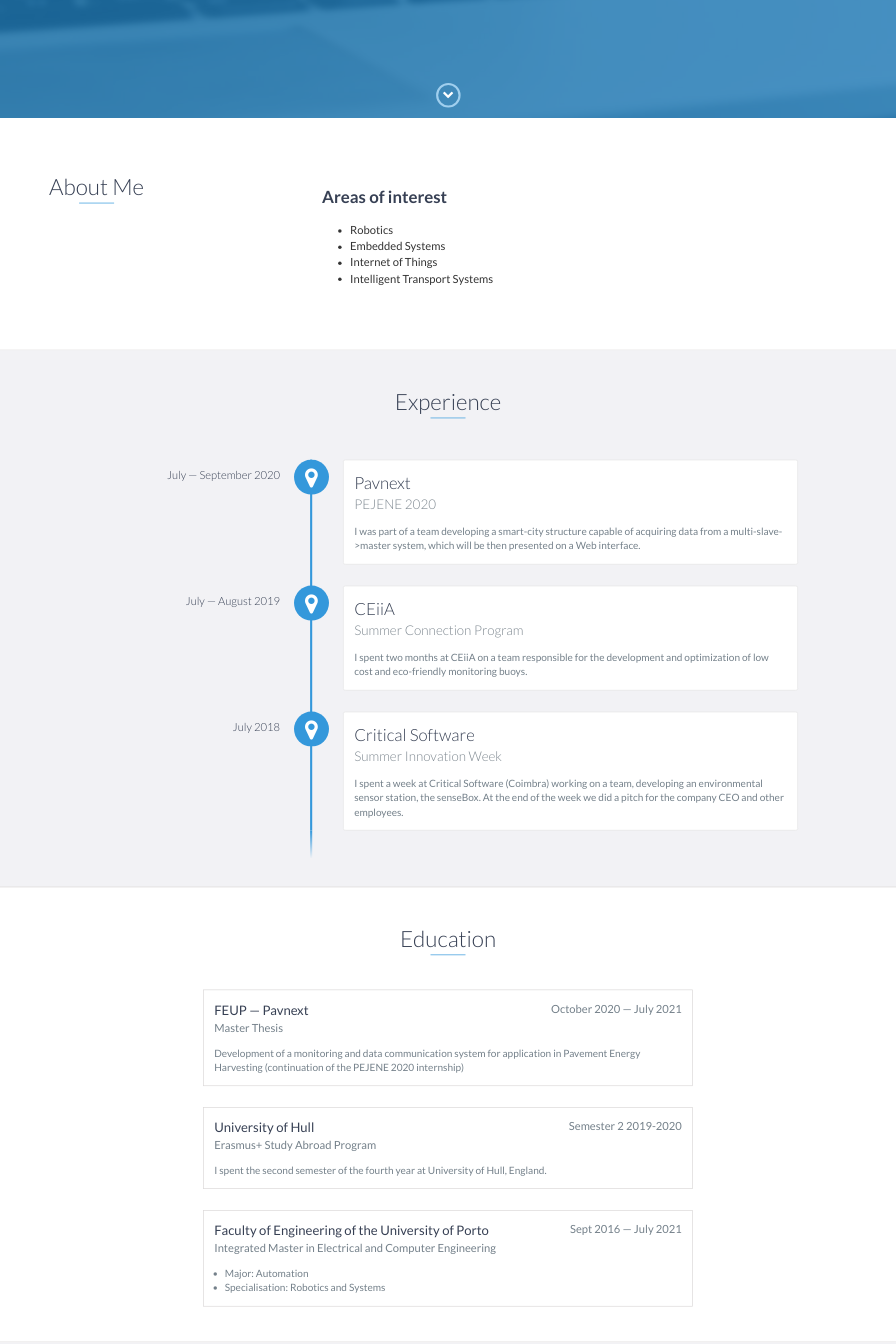
Repository: josegneto/josegneto.github.io
Page: index.html
These files come from the project's save history. The page is drawn as it stood at one moment and after the next save; the edit follows.
The browser window is 1280 px wide. The pictures show the part of the page from y = 551 to 2471 px (the page is 4224 px tall before and 4247 px after), at 70% of full size.

Above is the page before, as saved 2021-11-30 11:32:46.

After the next save:
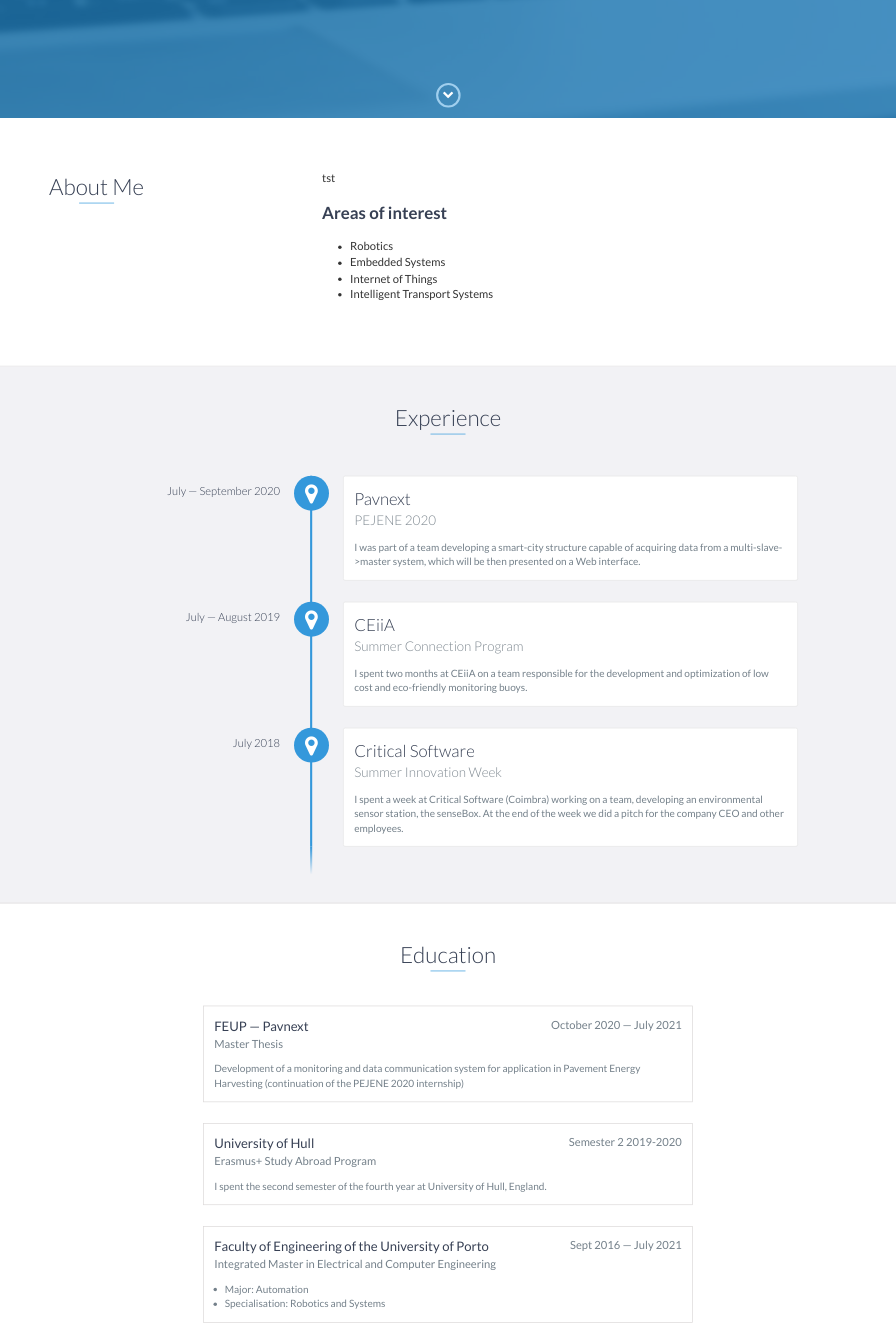
Saved 34 s later.
--- a/index.html
+++ b/index.html
@@ -72,6 +72,7 @@
                     <h2 class="heading">About Me</h2>
                 </div>
                 <div class="col-md-8">
+                    tst
                     <h2>Areas of interest</h2>
                         <ul>
                         <li>Robotics</li>

After the save that followed:
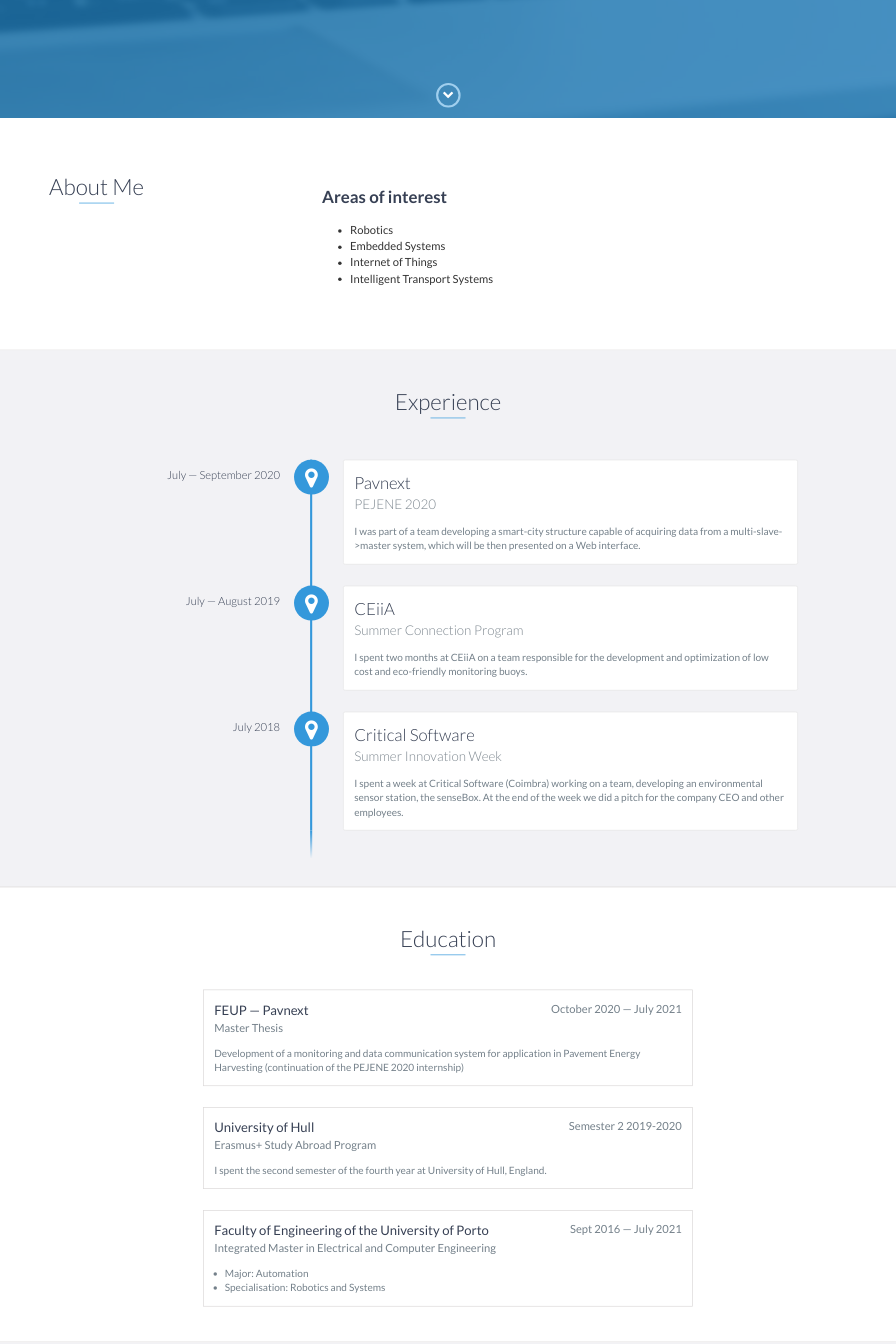
Saved 33 s later.
--- a/index.html
+++ b/index.html
@@ -72,7 +72,6 @@
                     <h2 class="heading">About Me</h2>
                 </div>
                 <div class="col-md-8">
-                    tst
                     <h2>Areas of interest</h2>
                         <ul>
                         <li>Robotics</li>
